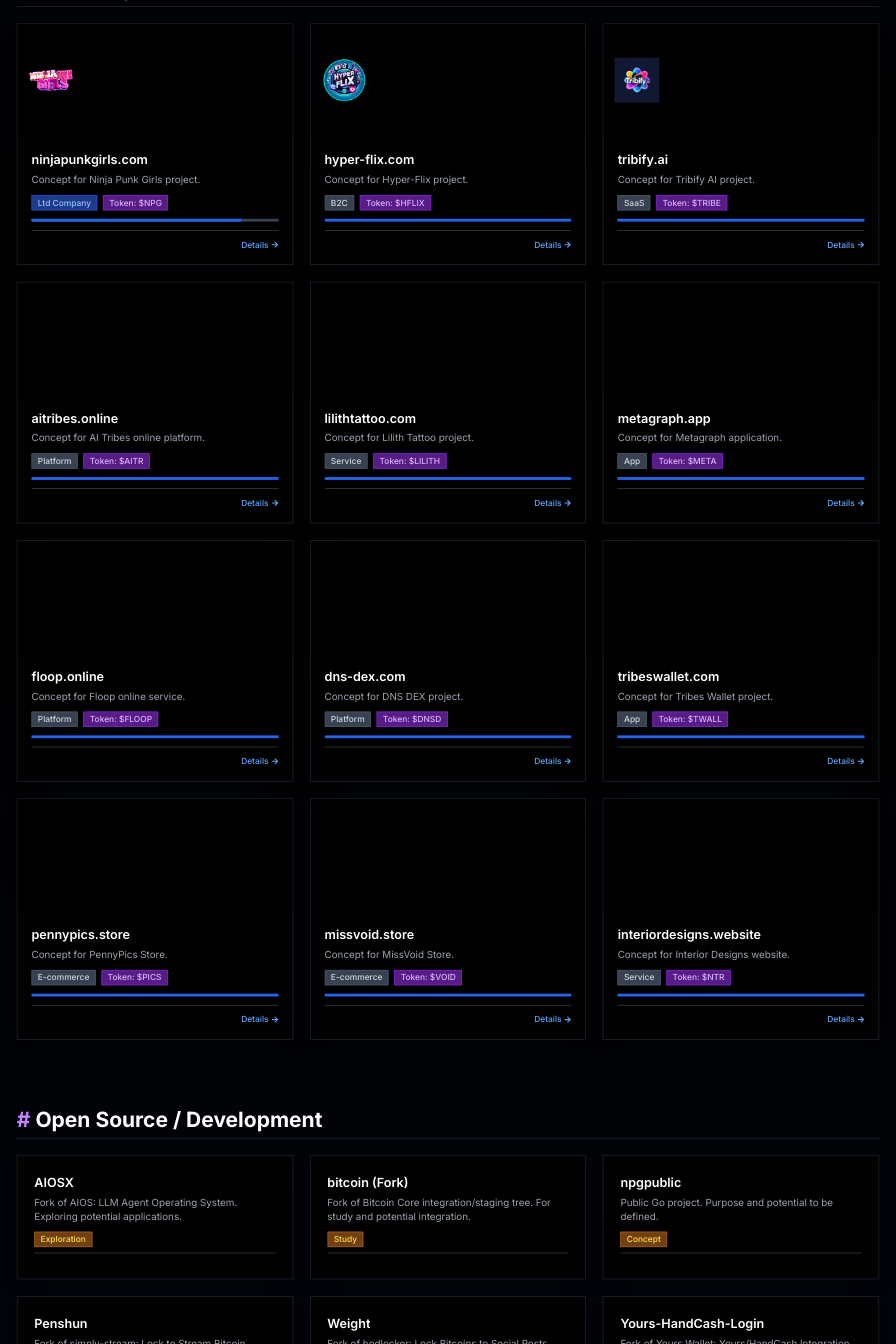
Repository: b0ase/rafskitchen
Page: /
An editor plug-in stored every save of this project. The page is shown before and after the next save, followed by the edit.
The browser window is 1280 px wide. The pictures show the part of the page from y = 1752 to 3672 px (the page is 4717 px tall before and 4817 px after), at 70% of full size.
The project was rebuilt for these pictures with package versions that can differ from the ones it lists, and the page was loaded fresh each time. The framework's server and built-in components were replaced by stand-ins that run in the browser. Also part of the build but not shown: next.config.js.

Above is the page before, as saved 2025-05-02 14:25:15.

After the next save:
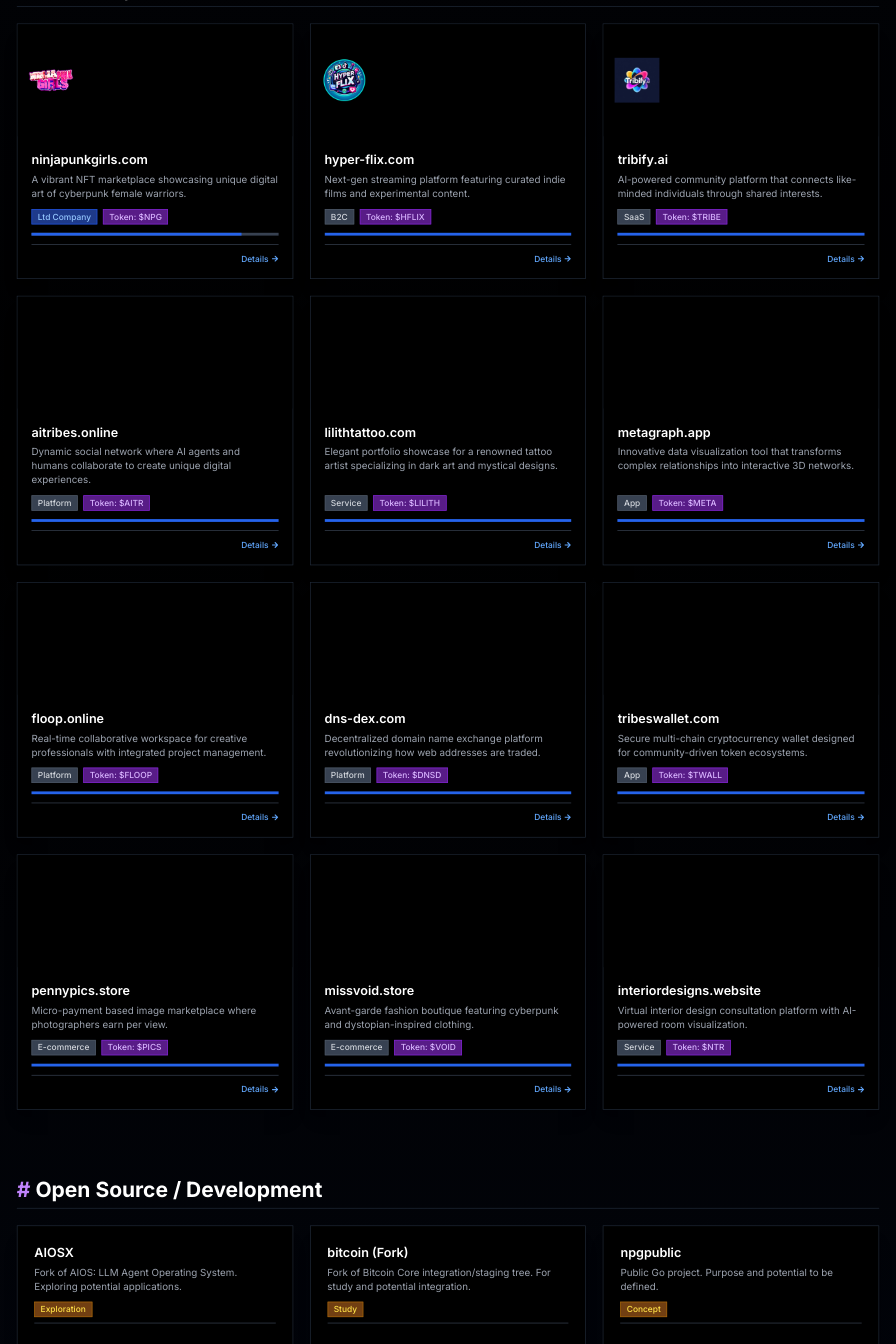
Saved 15 min 14 s later.
--- a/lib/data.ts
+++ b/lib/data.ts
@@ -118,20 +118,20 @@
   },
   projects: [
     // Domain Projects
-    { ...createProjectStub(7, 'ninjapunkgirls.com', 'Concept for Ninja Punk Girls project.', 'Ltd Company', [], '$NPG', 85, [
+    { ...createProjectStub(7, 'ninjapunkgirls.com', 'A vibrant NFT marketplace showcasing unique digital art of cyberpunk female warriors.', 'Ltd Company', [], '$NPG', 85, [
       '/images/clientprojects/ninjapunkgirls/slug/NPG%20logo.png'
     ]), type: 'domain' as const },
-    { ...createProjectStub(8, 'hyper-flix.com', 'Concept for Hyper-Flix project.', 'B2C', [], '$HFLIX', 100, ['/images/clientprojects/hyper-flix/slug/HYPERFLIXLOGO%20(1).png']), type: 'domain' as const },
-    { ...createProjectStub(9, 'tribify.ai', 'Concept for Tribify AI project.', 'SaaS', [], '$TRIBE', 100, ['/images/clientprojects/tribify/slug/TribifyAILogo.JPG']), type: 'domain' as const },
-    { ...createProjectStub(10, 'aitribes.online', 'Concept for AI Tribes online platform.', 'Platform', [], '$AITR', 100, []), type: 'domain' as const },
-    { ...createProjectStub(11, 'lilithtattoo.com', 'Concept for Lilith Tattoo project.', 'Service', [], '$LILITH', 100, []), type: 'domain' as const },
-    { ...createProjectStub(12, 'metagraph.app', 'Concept for Metagraph application.', 'App', [], '$META', 100, []), type: 'domain' as const },
-    { ...createProjectStub(13, 'floop.online', 'Concept for Floop online service.', 'Platform', [], '$FLOOP', 100, []), type: 'domain' as const },
-    { ...createProjectStub(14, 'dns-dex.com', 'Concept for DNS DEX project.', 'Platform', [], '$DNSD', 100, []), type: 'domain' as const },
-    { ...createProjectStub(15, 'tribeswallet.com', 'Concept for Tribes Wallet project.', 'App', [], '$TWALL', 100, []), type: 'domain' as const },
-    { ...createProjectStub(16, 'pennypics.store', 'Concept for PennyPics Store.', 'E-commerce', [], '$PICS', 100, []), type: 'domain' as const },
-    { ...createProjectStub(17, 'missvoid.store', 'Concept for MissVoid Store.', 'E-commerce', [], '$VOID', 100, []), type: 'domain' as const },
-    { ...createProjectStub(18, 'interiordesigns.website', 'Concept for Interior Designs website.', 'Service', [], '$NTR', 100, []), type: 'domain' as const },
+    { ...createProjectStub(8, 'hyper-flix.com', 'Next-gen streaming platform featuring curated indie films and experimental content.', 'B2C', [], '$HFLIX', 100, ['/images/clientprojects/hyper-flix/slug/HYPERFLIXLOGO%20(1).png']), type: 'domain' as const },
+    { ...createProjectStub(9, 'tribify.ai', 'AI-powered community platform that connects like-minded individuals through shared interests.', 'SaaS', [], '$TRIBE', 100, ['/images/clientprojects/tribify/slug/TribifyAILogo.JPG']), type: 'domain' as const },
+    { ...createProjectStub(10, 'aitribes.online', 'Dynamic social network where AI agents and humans collaborate to create unique digital experiences.', 'Platform', [], '$AITR', 100, []), type: 'domain' as const },
+    { ...createProjectStub(11, 'lilithtattoo.com', 'Elegant portfolio showcase for a renowned tattoo artist specializing in dark art and mystical designs.', 'Service', [], '$LILITH', 100, []), type: 'domain' as const },
+    { ...createProjectStub(12, 'metagraph.app', 'Innovative data visualization tool that transforms complex relationships into interactive 3D networks.', 'App', [], '$META', 100, []), type: 'domain' as const },
+    { ...createProjectStub(13, 'floop.online', 'Real-time collaborative workspace for creative professionals with integrated project management.', 'Platform', [], '$FLOOP', 100, []), type: 'domain' as const },
+    { ...createProjectStub(14, 'dns-dex.com', 'Decentralized domain name exchange platform revolutionizing how web addresses are traded.', 'Platform', [], '$DNSD', 100, []), type: 'domain' as const },
+    { ...createProjectStub(15, 'tribeswallet.com', 'Secure multi-chain cryptocurrency wallet designed for community-driven token ecosystems.', 'App', [], '$TWALL', 100, []), type: 'domain' as const },
+    { ...createProjectStub(16, 'pennypics.store', 'Micro-payment based image marketplace where photographers earn per view.', 'E-commerce', [], '$PICS', 100, []), type: 'domain' as const },
+    { ...createProjectStub(17, 'missvoid.store', 'Avant-garde fashion boutique featuring cyberpunk and dystopian-inspired clothing.', 'E-commerce', [], '$VOID', 100, []), type: 'domain' as const },
+    { ...createProjectStub(18, 'interiordesigns.website', 'Virtual interior design consultation platform with AI-powered room visualization.', 'Service', [], '$NTR', 100, []), type: 'domain' as const },
 
     // GitHub Repos
     {
